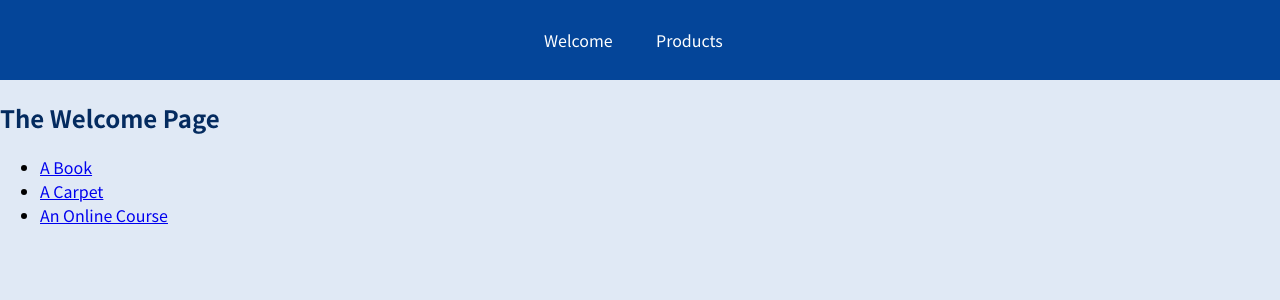
Repository: wenxi0504/13-ReactRouter
Page: /products
An editor plug-in stored every save of this project. The page is shown before and after the next save, followed by the edit.
The browser window is 1280 px wide. The pictures show the whole page.
The project was rebuilt for these pictures with package versions that can differ from the ones it lists, and the page was loaded fresh each time. Also part of the build but not shown: src/pages/Welcome.js, src/pages/ProductDetails.js.

Above is the page before, as saved 2022-07-24 23:17:21.

After the next save:
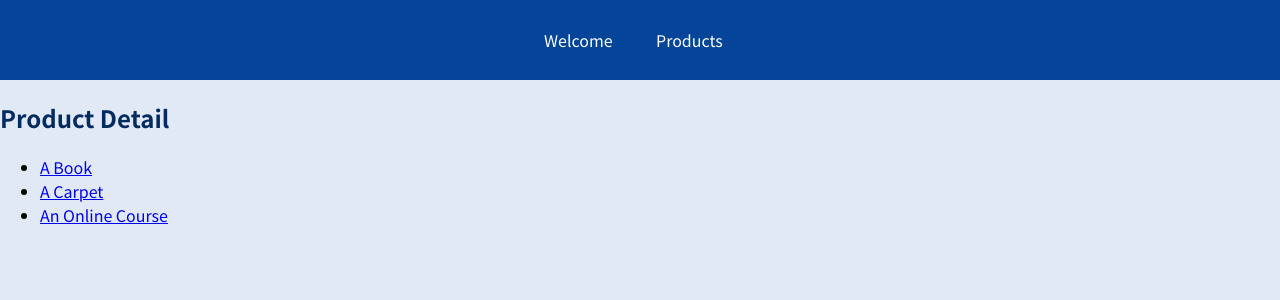
Saved 103 s later.
--- a/src/pages/Products.js
+++ b/src/pages/Products.js
@@ -3,7 +3,7 @@ import { Link } from "react-router-dom";
 const Products = () => {
   return (
     <section>
-      <h1>The Welcome Page</h1>
+      <h1>Product Detail</h1>
       <ul>
         <li>
           <Link to="/product/p1">A Book</Link>
